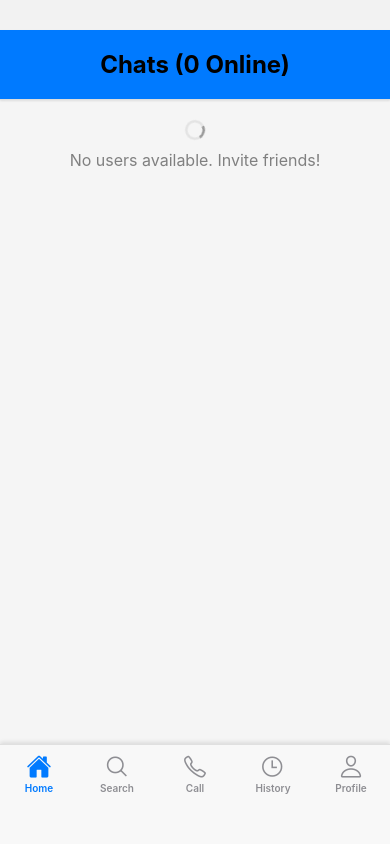
Repository: UdayRaj04/Chatapp_native
Screen: /MainTabs (app in ChatAppFrontend/)
An editor plug-in stored every save of this project. The screen is shown before and after a run of saves, followed by the edit.
The app was drawn by React Native's web renderer in a window 390 px wide. The project was rebuilt for these pictures with package versions that can differ from the ones it lists, and the page was loaded fresh each time. Some packages were replaced by stand-ins written for this rebuild. Also part of the build but not shown: ChatAppFrontend/screens/RegisterScreen.tsx, ChatAppFrontend/screens/ChatScreen.tsx, ChatAppFrontend/screens/SearchScreen.tsx, ChatAppFrontend/screens/AnalyticsScreen.tsx, ChatAppFrontend/screens/HistoryScreen.tsx, ChatAppFrontend/screens/ProfileScreen.tsx.

Above is the screen before, as saved 2025-09-09 17:49:18.

### ChatAppFrontend/App.tsx
import 'react-native-get-random-values';  // Polyfill first
import React from 'react';
import { NavigationContainer } from '@react-navigation/native';
import { createStackNavigator } from '@react-navigation/stack';
import { createBottomTabNavigator } from '@react-navigation/bottom-tabs';
import { Ionicons } from '@expo/vector-icons';
import { LogBox, View } from 'react-native';
import { SafeAreaProvider } from 'react-native-safe-area-context';  // New: For dynamic insets

// Suppress warnings
LogBox.ignoreLogs([
  'Text strings must be rendered within a <Text> component',
  'VirtualizedList: You have a large list that is slow to initial render',
  'Require cycle:',
  /Warning: [A-Za-z ]*Text strings[A-Za-z ]*/,
]);

// Your existing screens
import LoginScreen from './screens/LoginScreen';
import RegisterScreen from './screens/RegisterScreen';
import ChatListScreen from './screens/ChatListScreen';
import ChatScreen from './screens/ChatScreen';

// Placeholder screens (ensure they exist)
import SearchScreen from './screens/SearchScreen';
import AnalyticsScreen from './screens/AnalyticsScreen';
import HistoryScreen from './screens/HistoryScreen';
import ProfileScreen from './screens/ProfileScreen';

const Stack = createStackNavigator();
const Tab = createBottomTabNavigator();

// Main Tab Navigator (enhanced with safe area for no overlap)
function MainTabs() {
  return (
    <Tab.Navigator
      screenOptions={({ route }) => ({
        tabBarIcon: ({ focused, color, size }) => {
          let iconName: keyof typeof Ionicons.glyphMap;

          if (route.name === 'Chats') {
            iconName = focused ? 'home' : 'home-outline';
          } else if (route.name === 'Search') {
            iconName = focused ? 'search' : 'search-outline';
          } else if (route.name === 'Call') {
            iconName = focused ? 'call' : 'call-outline';
          } else if (route.name === 'History') {
            iconName = focused ? 'time' : 'time-outline';
          } else {
            iconName = focused ? 'person' : 'person-outline';
          }

          return <Ionicons name={iconName} size={size} color={color} />;
        },
        tabBarActiveTintColor: '#007AFF',
        tabBarInactiveTintColor: '#8e8e93',
        tabBarStyle: {
          backgroundColor: '#f8f8f8',
          borderTopWidth: 0.5,
          borderTopColor: '#e0e0e0',
          elevation: 8,
          shadowColor: '#000',
          shadowOffset: { width: 0, height: -2 },
          shadowOpacity: 0.1,
          shadowRadius: 4,
          height: 100,  // Increased: Taller tab bar (60 was too tight; 70 + labels)
          paddingBottom: 50,  // Reduced top padding for balance
          paddingTop: 5,
          position: 'absolute',  // Explicit: Ensures absolute positioning
          bottom: 0,  // Pin to bottom
          left: 0,
          right: 0,
          marginBottom: 0,  // No extra margin
        },
        tabBarLabelStyle: {
          fontSize: 10,
          fontWeight: '600',
          marginBottom: 0,  // Tight labels
        },
        headerShown: false,
        lazy: true,
        // New: Apply safe area padding to tab screens (prevents overlap)
        cardStyle: { paddingBottom: 0 },  // No extra card padding
      })}
    >
      <Tab.Screen name="Chats" component={ChatListScreen} options={{ title: 'Home' }} />
      <Tab.Screen name="Search" component={SearchScreen} options={{ title: 'Search' }} />
      <Tab.Screen name="Call" component={AnalyticsScreen} options={{ title: 'Call' }} />
      <Tab.Screen name="History" component={HistoryScreen} options={{ title: 'History' }} />
      <Tab.Screen name="Profile" component={ProfileScreen} options={{ title: 'Profile' }} />
    </Tab.Navigator>
  );
}

// Main App - Wrapped in SafeAreaProvider
export default function App() {
  return (
    <SafeAreaProvider>  {/* New: Enables useSafeAreaInsets() */}
      <View style={{ flex: 1 }}>
        <NavigationContainer>
          <Stack.Navigator
            initialRouteName="Login"
            screenOptions={{
              headerShown: false,
              cardStyle: { backgroundColor: '#f5f5f5' },
            }}
          >
            <Stack.Screen name="Login" component={LoginScreen} />
            <Stack.Screen name="Register" component={RegisterScreen} />
            <Stack.Screen name="MainTabs" component={MainTabs} />
            <Stack.Screen
              name="Chat"
              component={ChatScreen}
              options={{
                headerShown: true,
                headerTitle: 'Chat',
                headerStyle: { backgroundColor: '#007AFF' },
                headerTintColor: '#fff',
                presentation: 'modal',
                // Hide tabs in chat to avoid overlap
                tabBarStyle: { display: 'none' },
              }}
            />
          </Stack.Navigator>
        </NavigationContainer>
      </View>
    </SafeAreaProvider>
  );
}

### ChatAppFrontend/screens/LoginScreen.tsx
import React, { useState } from 'react';
import {
  View,
  TextInput,
  TouchableOpacity,
  Text,
  StyleSheet,
  Alert,
  ActivityIndicator,
  KeyboardAvoidingView,
  Platform,
  Image,  // New: For logo
} from 'react-native';
import { Ionicons } from '@expo/vector-icons';  // For input icons
import { useSafeAreaInsets } from 'react-native-safe-area-context';  // For insets (provider in App.tsx)
import { useNavigation } from '@react-navigation/native';  // For navigation
import AsyncStorage from '@react-native-async-storage/async-storage';
import axios, { AxiosError } from 'axios';

const API_BASE = 'http://192.168.29.93:5000/api';

interface LoginResponse {
  token: string;
  user: {
    id?: string;
    _id?: string;
    username: string;
    email: string;
  };
}

export default function LoginScreen() {
  const [email, setEmail] = useState<string>('');
  const [password, setPassword] = useState<string>('');
  const [loading, setLoading] = useState<boolean>(false);
  const [emailError, setEmailError] = useState<string>('');
  const [passwordError, setPasswordError] = useState<string>('');
  const navigation = useNavigation<any>();
  const insets = useSafeAreaInsets();  // Use insets from root provider

  const validateEmail = (email: string): boolean => {
    const emailRegex = /^[^\s@]+@[^\s@]+\.[^\s@]+$/;
    if (!email) {
      setEmailError('Email is required');
      return false;
    }
    if (!emailRegex.test(email)) {
      setEmailError('Invalid email format');
      return false;
    }
    setEmailError('');
    return true;
  };

  const validatePassword = (password: string): boolean => {
    if (!password) {
      setPasswordError('Password is required');
      return false;
    }
    if (password.length < 6) {
      setPasswordError('Password must be at least 6 characters');
      return false;
    }
    setPasswordError('');
    return true;
  };

  const handleLogin = async (): Promise<void> => {
    if (!validateEmail(email) || !validatePassword(password)) return;

    setLoading(true);
    try {
      const response = await axios.post<LoginResponse>(`${API_BASE}/auth/login`, {
        email,
        password,
      });
      await AsyncStorage.setItem('token', response.data.token);
      await AsyncStorage.setItem('user', JSON.stringify(response.data.user));
      navigation.replace('MainTabs');  // Navigate to tabs on success
    } catch (err) {
      const error = err as AxiosError;
      Alert.alert('Login Failed', error.response?.data?.error || 'Invalid credentials');
    } finally {
      setLoading(false);
    }
  };

  return (
    <KeyboardAvoidingView
      style={[styles.container, { paddingTop: insets.top }]}
      behavior={Platform.OS === 'ios' ? 'padding' : 'height'}
      enabled={true}
    >
      {/* Title with Logo */}
      <View style={styles.titleContainer}>
        {/* New: Bigger Logo */}
        <Image
          source={require('../assets/logos.png')}  // Adjust path if needed (e.g., '../../assets/logo.png')
          style={styles.logo}
          resizeMode="contain"
        />
        <Text style={styles.title}>Seamless Chat</Text>
        <Text style={styles.subtitle}>Welcome back! Sign in to continue</Text>
      </View>

      {/* Form */}
      <View style={styles.formContainer}>
        {/* Email Input */}
        <View style={styles.inputContainer}>
          <Ionicons name="mail" size={24} color="#999" style={styles.inputIcon} />
          <TextInput
            style={[styles.input, emailError ? styles.inputError : null]}
            value={email}
            onChangeText={(text) => {
              setEmail(text);
              if (emailError) validateEmail(text);
            }}
            placeholder="Email"
            keyboardType="email-address"
            autoCapitalize="none"
            onBlur={() => validateEmail(email)}
          />
        </View>
        {emailError ? <Text style={styles.errorText}>{emailError}</Text> : null}

        {/* Password Input */}
        <View style={styles.inputContainer}>
          <Ionicons name="lock-closed" size={24} color="#999" style={styles.inputIcon} />
          <TextInput
            style={[styles.input, passwordError ? styles.inputError : null]}
            value={password}
            onChangeText={(text) => {
              setPassword(text);
              if (passwordError) validatePassword(text);
            }}
            placeholder="Password"
            secureTextEntry={true}
            onBlur={() => validatePassword(password)}
          />
        </View>
        {passwordError ? <Text style={styles.errorText}>{passwordError}</Text> : null}

        {/* Login Button */}
        <TouchableOpacity
          style={[styles.button, loading ? styles.buttonDisabled : null]}
          onPress={handleLogin}
          disabled={loading}
          activeOpacity={0.7}
        >
          {loading ? (
            <ActivityIndicator size="small" color="#fff" />
          ) : (
            <Text style={styles.buttonText}>Login</Text>
          )}
        </TouchableOpacity>

        {/* Register Link */}
        <TouchableOpacity
          style={styles.linkContainer}
          onPress={() => navigation.navigate('Register')}
        >
          <Text style={styles.linkText}>Don't have an account? Register</Text>
        </TouchableOpacity>
      </View>
    </KeyboardAvoidingView>
  );
}

const styles = StyleSheet.create({
  container: {
    flex: 1,
    backgroundColor: '#f5f5f5',
    justifyContent: 'center',
    alignItems: 'center',
  },
  titleContainer: {
    alignItems: 'center',
    marginBottom: 50,  // Increased: More space after logo/title to form
  },
  // New: Logo Style (Bigger, Centered)
  logo: {
    width: 120,  // Bigger size - adjust as needed (e.g., 100 for smaller)
    height: 120,
    marginBottom: 20,  // Space between logo and title
    alignSelf: 'center',
  },
  title: {
    fontSize: 32,
    fontWeight: 'bold',
    color: '#333',
    marginBottom: 5,
  },
  subtitle: {
    fontSize: 16,
    color: '#666',
    textAlign: 'center',
  },
  formContainer: {
    width: '85%',  // Responsive width
    alignItems: 'center',
  },
  inputContainer: {
    flexDirection: 'row',
    alignItems: 'center',
    backgroundColor: '#fff',
    borderRadius: 10,
    marginBottom: 15,
    paddingHorizontal: 15,
    elevation: 2,
    shadowColor: '#000',
    shadowOffset: { width: 0, height: 1 },
    shadowOpacity: 0.1,
    shadowRadius: 2,
    width: '100%',
  },
  inputIcon: {
    marginRight: 10,
  },
  input: {
    flex: 1,
    paddingVertical: 12,
    fontSize: 16,
    color: '#333',
  },
  inputError: {
    borderWidth: 1,
    borderColor: '#ff6b6b',
  },
  errorText: {
    color: '#ff6b6b',
    fontSize: 12,
    marginBottom: 10,
    alignSelf: 'flex-start',
  },
  button: {
    backgroundColor: '#007AFF',
    borderRadius: 10,
    paddingVertical: 15,
    width: '100%',
    alignItems: 'center',
    marginTop: 10,
    elevation: 2,
    shadowColor: '#007AFF',
    shadowOffset: { width: 0, height: 2 },
    shadowOpacity: 0.2,
    shadowRadius: 4,
  },
  buttonDisabled: {
    backgroundColor: '#ccc',
  },
  buttonText: {
    color: '#fff',
    fontSize: 18,
    fontWeight: 'bold',
  },
  linkContainer: {
    marginTop: 20,
    alignItems: 'center',
  },
  linkText: {
    color: '#007AFF',
    fontSize: 16,
    textDecorationLine: 'underline',
  },
});

### ChatAppFrontend/screens/ChatListScreen.tsx
import React, { useState, useEffect } from 'react';
import {
  View,
  FlatList,
  Text,
  TouchableOpacity,
  StyleSheet,
  Alert,
  ActivityIndicator,
} from 'react-native';
import { Ionicons } from '@expo/vector-icons';  // New: For user icons (person-circle)
import { useSafeAreaInsets } from 'react-native-safe-area-context';  // From previous (for padding)
import AsyncStorage from '@react-native-async-storage/async-storage';
import axios, { AxiosError } from 'axios';
import io, { Socket } from 'socket.io-client';

const API_BASE = 'http://192.168.29.93:5000/api';

interface User {
  _id: string;
  id?: string;
  username: string;
  email: string;
}

export default function ChatListScreen({ navigation }: { navigation: any }) {
  const [users, setUsers] = useState<User[]>([]);
  const [loading, setLoading] = useState<boolean>(true);
  const [currentUser, setCurrentUser] = useState<User | null>(null);
  const [socket, setSocket] = useState<Socket | null>(null);
  const [onlineUsers, setOnlineUsers] = useState<Set<string>>(new Set());

  // Safe area for dynamic padding (from previous)
  const insets = useSafeAreaInsets();
  const bottomPadding = Math.max(120, insets.bottom + 70);

  useEffect(() => {
    loadUser();
    fetchUsers();

    const initSocket = async () => {
      const token = await AsyncStorage.getItem('token');
      if (token) {
        const newSocket = io(API_BASE.replace('/api', ''), {
          auth: { token },
        });
        setSocket(newSocket);
        newSocket.on('connect_error', () => Alert.alert('Socket Error', 'Connection failed'));

        newSocket.on('userOnline', (data) => {
          console.log('User online:', data.userId);
          setOnlineUsers((prev) => new Set([...prev, data.userId]));
        });

        newSocket.on('userOffline', (data) => {
          console.log('User offline:', data.userId);
          setOnlineUsers((prev) => {
            const newSet = new Set(prev);
            newSet.delete(data.userId);
            return newSet;
          });
        });

        newSocket.on('onlineUsersList', (data) => {
          console.log('Initial online users:', data.onlineUsers);
          setOnlineUsers(new Set(data.onlineUsers));
        });

        newSocket.on('connect', () => {
          console.log('Socket connected - requesting online users');
          newSocket.emit('getOnlineUsers');
        });
      }
    };
    initSocket();

    return () => {
      socket?.disconnect();
    };
  }, []);

  const loadUser = async (): Promise<void> => {
    const userStr = await AsyncStorage.getItem('user');
    if (userStr) {
      setCurrentUser(JSON.parse(userStr));
    }
    setLoading(false);
  };

  const fetchUsers = async (): Promise<void> => {
    const token = await AsyncStorage.getItem('token');
    if (!token) return;
    try {
      const response = await axios.get<User[]>(`${API_BASE}/users`, {
        headers: { Authorization: `Bearer ${token}` },
      });
      const validUsers = response.data.filter(u =>
        u && u.username && (u._id || u.id) && typeof u.username === 'string'
      );
      setUsers(validUsers);
    } catch (err) {
      const error = err as AxiosError;
      Alert.alert('Error', error.response?.data?.error || 'Failed to load users');
    }
  };

  const startChat = (otherUser: User): void => {
    const userId = otherUser.id || otherUser._id;
    console.log('Starting chat with userId:', userId);
    if (!userId) {
      Alert.alert('Error', 'Invalid user data');
      return;
    }
    navigation.navigate('Chat', {
      otherUserId: userId,
      otherUserName: otherUser.username,
    });
  };

  const renderUser = ({ item }: { item: User }): JSX.Element => {
    if (!item || !item.username || !(item._id || item.id)) {
      return (
        <View style={styles.userItem}>
          <View style={styles.userContent}>
            <Text style={styles.username}>Invalid user entry</Text>
          </View>
        </View>
      );
    }
    const userId = item.id || item._id;
    const isOnline = onlineUsers.has(userId);
    const userIdShort = userId.substring(0, 8) + '...';
    return (
      <TouchableOpacity onPress={() => startChat(item)} style={styles.userItem} activeOpacity={0.7}>
        <View style={styles.userContent}>
          {/* New: User icon on left */}
          <View style={styles.iconContainer}>
            <Ionicons
              name="person-circle"
              size={50}
              color={isOnline ? '#007AFF' : '#ccc'}  // Green for online, gray for offline
            />
            {/* Optional: Small online dot (green circle below icon) */}
            {isOnline && (
              <View style={styles.onlineDot} />
            )}
          </View>
          {/* Text content on right */}
          <View style={styles.textContent}>
            <Text style={styles.username}>{item.username}</Text>
            {isOnline && <Text style={styles.onlineBadge}>Online</Text>}
            <Text style={styles.idText}>{"(ID: " + userIdShort + ")"}</Text>
          </View>
        </View>
      </TouchableOpacity>
    );
  };

  const renderEmpty = (): JSX.Element => (
    <View style={[styles.emptyContainer, { paddingBottom: bottomPadding }]}>
      <ActivityIndicator size="small" color="#999" />
      <Text style={styles.emptyText}>No users available. Invite friends!</Text>
    </View>
  );

  if (loading) {
    return (
      <View style={styles.loadingContainer}>
        <ActivityIndicator size="large" color="#0000ff" />
        <Text style={styles.loadingText}>Loading chats...</Text>
      </View>
    );
  }

  return (
    <View style={styles.container}>
      <Text style={styles.title}>Chats ({onlineUsers.size} Online)</Text>
      <FlatList
        data={users}
        keyExtractor={(item, index) => (item._id || item.id || index.toString())}
        renderItem={renderUser}
        ListEmptyComponent={renderEmpty}
        contentContainerStyle={[styles.listContent, { paddingBottom: bottomPadding }]}
        style={{ flex: 1 }}
        keyboardShouldPersistTaps="handled"
        bounces={true}
        showsVerticalScrollIndicator={true}
        initialNumToRender={10}
        maxToRenderPerBatch={5}
        windowSize={10}
        removeClippedSubviews={true}
        extraData={users}
        getItemLayout={(data, index) => ({ length: 70, offset: 70 * index, index })}
      />
    </View>
  );
}

const styles = StyleSheet.create({
  container: {
    marginTop: 30,
    flex: 1,
    backgroundColor: '#f5f5f5',
  },
  title: {
    fontSize: 24,
    fontWeight: 'bold',
    padding: 20,
    textAlign: 'center',
    backgroundColor: '#007AFF',
    borderBottomWidth: 1,
    borderBottomColor: '#ddd',
    elevation: 2,
    shadowColor: '#000',
    shadowOffset: { width: 0, height: 1 },
    shadowOpacity: 0.1,
    shadowRadius: 2,
  },
  loadingContainer: {
    flex: 1,
    justifyContent: 'center',
    alignItems: 'center',
  },
  loadingText: {
    marginTop: 10,
    fontSize: 16,
    color: '#666',
  },
  listContent: {
    paddingHorizontal: 10,
  },
  userItem: {
    backgroundColor: '#fff',
    marginVertical: 5,
    marginHorizontal: 10,
    borderRadius: 10,
    padding: 15,
    elevation: 2,
    shadowColor: '#000',
    shadowOffset: { width: 0, height: 1 },
    shadowOpacity: 0.2,
    shadowRadius: 1.41,
    // New: Taller for icon row
    minHeight: 70,
  },
  userContent: {
    flex: 1,
    flexDirection: 'row',  // New: Row for icon + text
    alignItems: 'center',  // New: Vertical center
  },
  // New: Icon container (left side)
  iconContainer: {
    marginRight: 15,  // Space between icon and text
    position: 'relative',  // For online dot positioning
  },
  // New: Text content wrapper (right side)
  textContent: {
    flex: 1,  // Take remaining space
    flexDirection: 'column',  // Stack username, badge, ID
    justifyContent: 'flex-start',
  },
  username: {
    fontSize: 18,
    fontWeight: 'bold',
    marginBottom: 2,  // Small space before badge/ID
  },
  onlineBadge: {
    fontSize: 12,
    color: '#007AFF',
    fontWeight: 'bold',
    marginBottom: 2,
  },
  idText: {
    fontSize: 12,
    color: 'gray',
  },
  // New: Online status dot (small green circle under icon)
  onlineDot: {
    position: 'absolute',
    bottom: 0,
    right: 0,
    width: 12,
    height: 12,
    borderRadius: 6,
    backgroundColor: '#007AFF',
    borderWidth: 2,
    borderColor: '#fff',  // White border for visibility
  },
  emptyContainer: {
    justifyContent: 'center',
    alignItems: 'center',
    padding: 20,
  },
  emptyText: {
    fontSize: 16,
    color: 'gray',
    textAlign: 'center',
    marginTop: 10,
  },
});

Loaded but not shown: ChatAppFrontend/index.ts (common file)

After the next 3 saves:
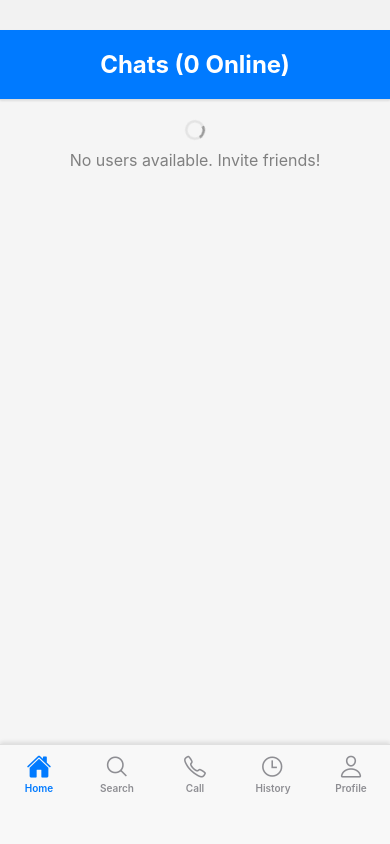
The 3 saves are shown as one change because they came seconds apart.
The last was saved 14 s later.
--- a/ChatAppFrontend/screens/ChatListScreen.tsx
+++ b/ChatAppFrontend/screens/ChatListScreen.tsx
@@ -206,6 +206,7 @@ const styles = StyleSheet.create({
     fontSize: 24,
     fontWeight: 'bold',
     padding: 20,
+    color: '#ffffffff',
     textAlign: 'center',
     backgroundColor: '#007AFF',
     borderBottomWidth: 1,
